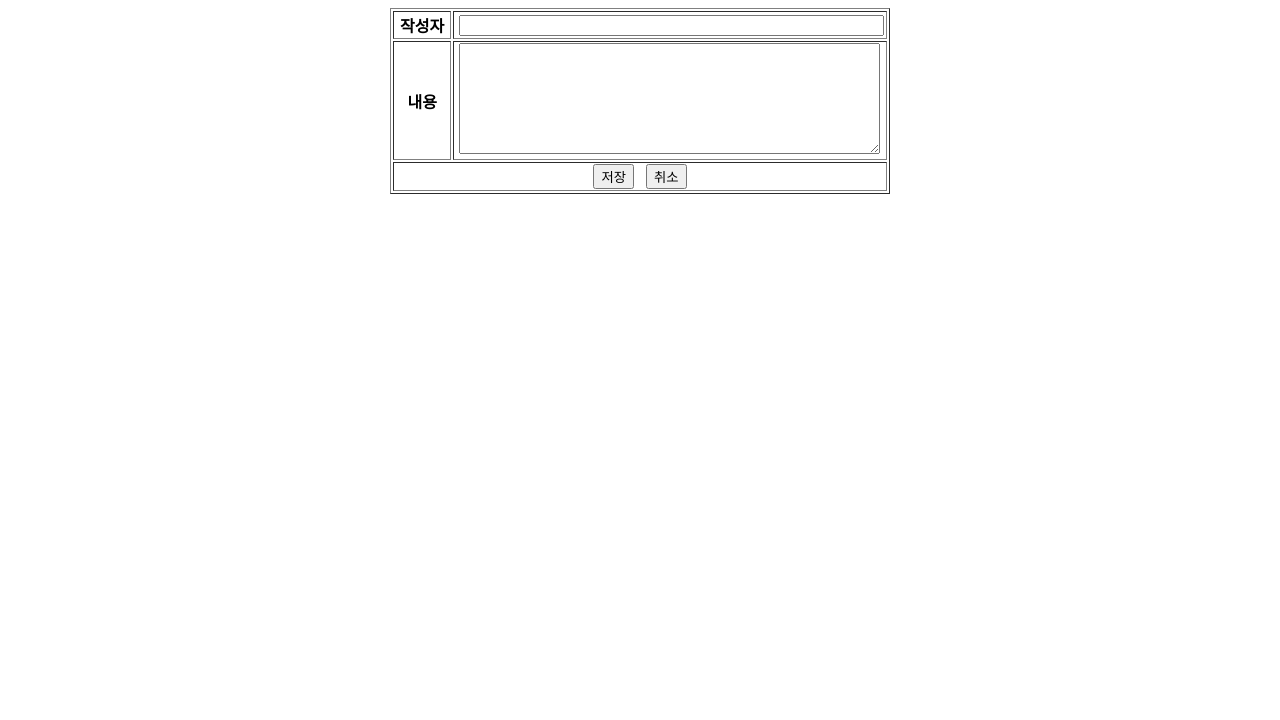
Repository: hyunhub-Park/jspStudy
Page: jspStudy/src/main/webapp/member/write.html
The author's editor kept a copy of each file at every save. The page is drawn from the files as they stood at one save, then again after the next save.
The browser window is 1280 px wide. The pictures show the whole page.

Above is the page before, as saved 2024-12-03 07:52:41.

After the next save:
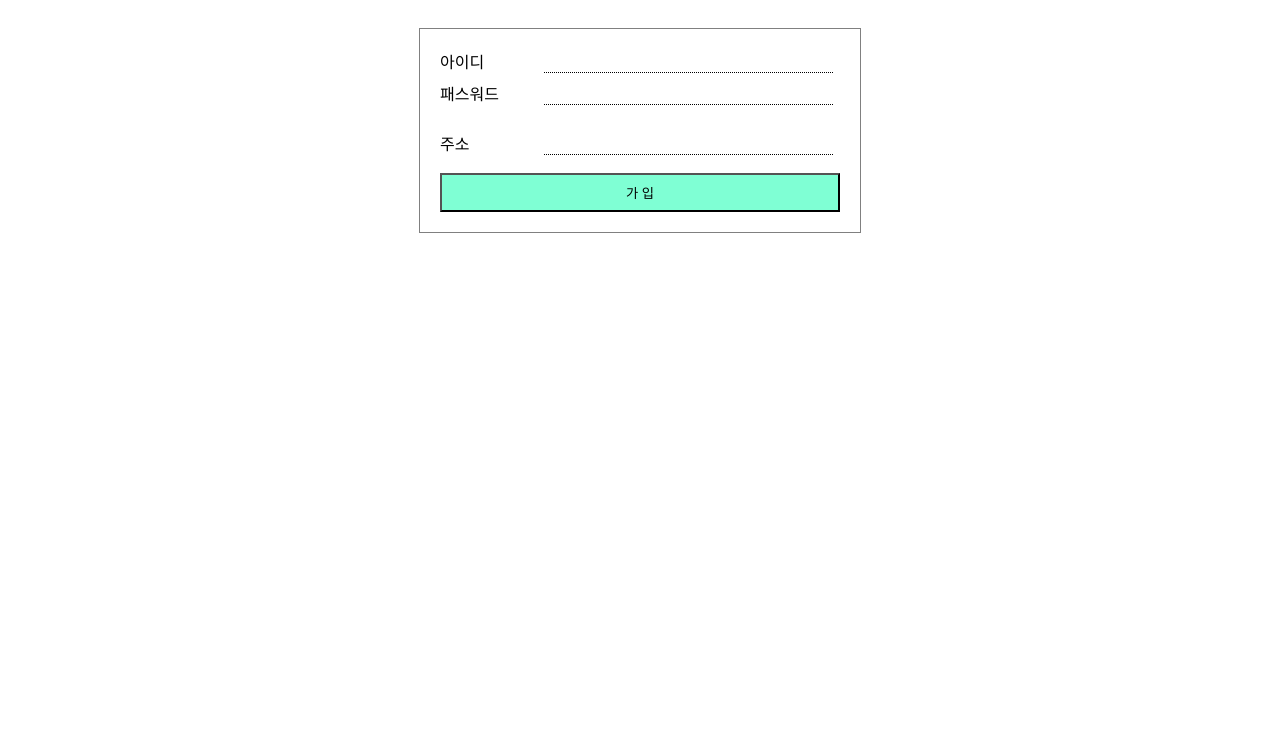
Console error: ReferenceError: onLoad is not defined
Saved 21 min 10 s later.
--- a/jspStudy/src/main/webapp/member/write.html
+++ b/jspStudy/src/main/webapp/member/write.html
@@ -1,33 +1,123 @@
 <!DOCTYPE html>
-<html>
-  <head>
-  <meta charset="UTF-8">
-<meta name="viewport" content="width=device-width, initial-scale=1.0">
-    <title>방명록 작성하기</title>
-  </head>
-  <body>
-    <form method="post" action="/jspStudy/visitInsert">
-      <table align="center" width="500" border="1">
-        <tr>
-            <th width="70">작성자</th>
-        <td width="430">
-          &nbsp;<input type="text" name="writer" size="50">
-        </td>
-        </tr>
-        <tr>
-        <th>내용</th>
-        <td>
-          &nbsp;<textarea rows="7" cols="50" name="memo">
-                 </textarea>
-         </td>
-        </tr>
-        <tr>
-         <td colspan="2" align="center">
-           <input type="submit" value="저장">&nbsp;&nbsp;
-           <input type="reset" value="취소">
-         </td>
-         </tr>
-    </table>
+<html lang="en">
+<head>
+    <meta charset="UTF-8">
+    <meta name="viewport" content="width=device-width, initial-scale=1.0">
+    <title>Register</title>
+    <style>
+        body
+        {
+            padding-top: 20px;
+            height: 100vh;
+        }
+
+        form
+        {
+            width: 400px;
+            margin: 0 auto;
+            padding: 20px;
+            border: 1px solid gray;
+        }
+
+        form label
+        {
+            display: inline-block;
+            width: 100px;
+        }
+
+        form button
+        {
+            width: 100%;
+            padding: 8px;
+            display: block;
+            background-color: aquamarine;
+        }
+
+        form #addr2
+        {
+            margin-left: 105px;
+        }
+
+        form input
+        {
+            display: inline-block;
+            width: 285px;
+            border: none;
+            border-bottom: 1px dotted black;
+            outline: none;
+        }
+
+        #email1, #email2
+        {
+            width: 130px
+        }
+
+        form p
+        {
+            font-size: 8px;
+            margin-left: 105px;
+        }
+    </style>
+    <script>
+        // function onLoad ()
+        // {
+        //     // 객체 찾기.
+        //     const pwd = document.querySelector('#pwd');
+        //     const id =  document.querySelector('#id');
+        //     const pwd_ck = document.querySelector('#pwd_ch');
+
+        //     // 이벤트 리스너 등록 및 핸들러 처리.
+        //     pwd.addEventListener("click", () =>
+        //     {
+        //         pwd.nextSibling.textContent = "영문자, 대소문자, 특수문자, 숫자 포함 8-32자."
+        //     });
+
+        //     id.addEventListener ("blur", ()=>
+        //     {
+        //         if(id.value.lenth <= 0)
+        //         {
+        //             idText.nextSibling.textContent = "필수입력항목";
+        //         }
+        //     });
+
+        //     pwd.addEventListener ("blur", ()=>
+        //     {
+        //         if(pwd.value.lenth <= 0)
+        //         {
+        //             pwd.nextSibling.textContent = "필수입력항목";
+        //         }
+        //     });
+
+        //     pwd_ck.addEventListener ("blur", ()=>
+        //     {
+        //         if(pwd_ck.value.lenth <= 0)
+        //         {
+        //             pwd_ck.nextSibling.textContent = "필수입력항목";
+        //         }
+        //     });
+
+        //     // pwd_ch.addEventListener("blur", () => validate(pwd_ck));
+
+        //     // function validate (obj)
+        //     // {
+        //     //     if (obj.value.lenth <= 0)
+        //     //     obj.nextSibling.textContent = "필수입력항목";
+        //     // }
+        // }
+    </script>
+</head>
+<body onload="onLoad();">
+    <form action="#" method="post">
+        <label for="id">아이디</label>
+        <input type="text" name="id" id="id"><p id="idText"></p>
+        <label for="pwd" method="post">패스워드</label>
+        <input type="password" name="pwd" id="pwd"><p id="idPwd"></p>
+        <br>
+        <label for="addr1">주소</label>
+        <input type="text" name="addr1" id="addr1"> <br> <br>
+        <!-- <input type="text" name="addr2" id="addr2"> <br> <br> -->
+
+        <button type="button">가 입</button>
     </form>
-  </body>
+</body>
 </html>
